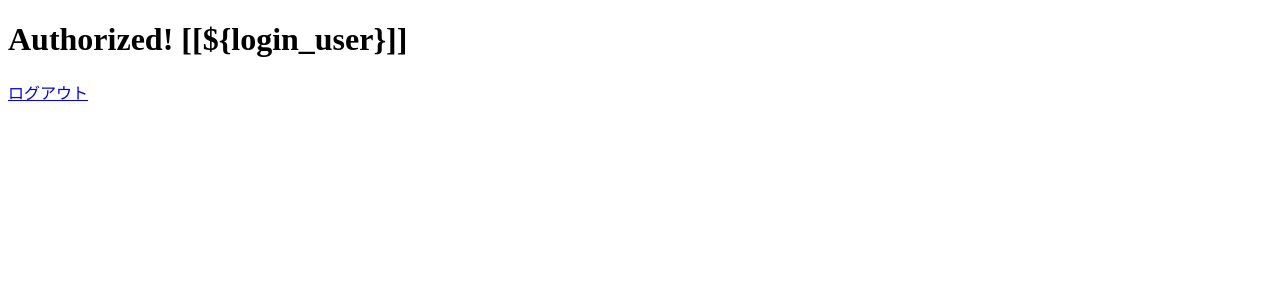
Repository: e1b21068/work03
Page: .log/work03/src/main/resources/templates/sample33.html
The author's editor kept a copy of each file at every save. The page is drawn from the files as they stood at one save, then again after the next save.
The browser window is 1280 px wide. The pictures show the whole page.

Above is the page before, as saved 2023-10-10 15:45:20.

### .log/work03/src/main/resources/templates/sample33.html
<!DOCTYPE html>
<html xmlns:th="http://www.thymeleaf.org" xmlns:sec="http://www.springframework.org/schema/security">

<head>
  <meta charset="utf-8">
  <title>SpringBoot Sample3-1</title>
</head>

<body>
  <h1>Authorized! [[${login_user}]]</h1>
  <a href="/logout">ログアウト</a>

</body>

</html>

After the next save:
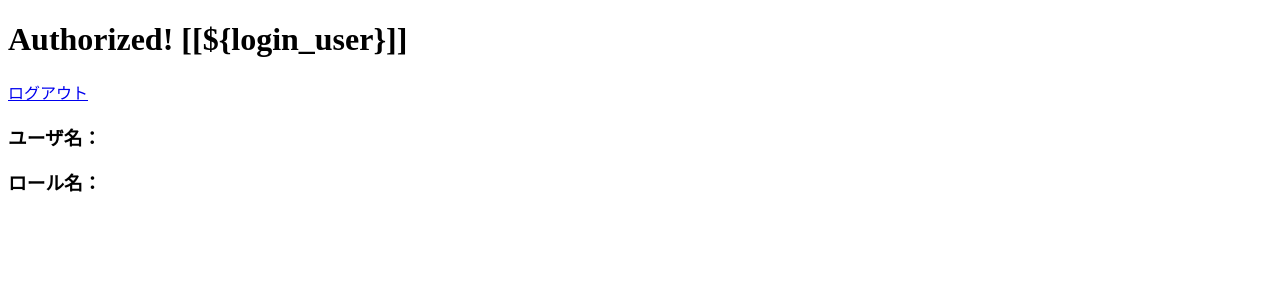
Saved 4 min 18 s later.
--- a/.log/work03/src/main/resources/templates/sample33.html
+++ b/.log/work03/src/main/resources/templates/sample33.html
@@ -10,6 +10,12 @@
   <h1>Authorized! [[${login_user}]]</h1>
   <a href="/logout">ログアウト</a>
 
+  <!--sec:authenticationで認証情報にアクセスできる．nameはユーザ名を表す-->
+  <h3>ユーザ名：<div sec:authentication="name"></div>
+  </h3>
+  <!--sec:authenticationで認証情報にアクセスできる．principal.authoritiesはロール名を表す-->
+  <h3>ロール名：<div sec:authentication="principal.authorities"></div>
+  </h3>
 </body>
 
 </html>
